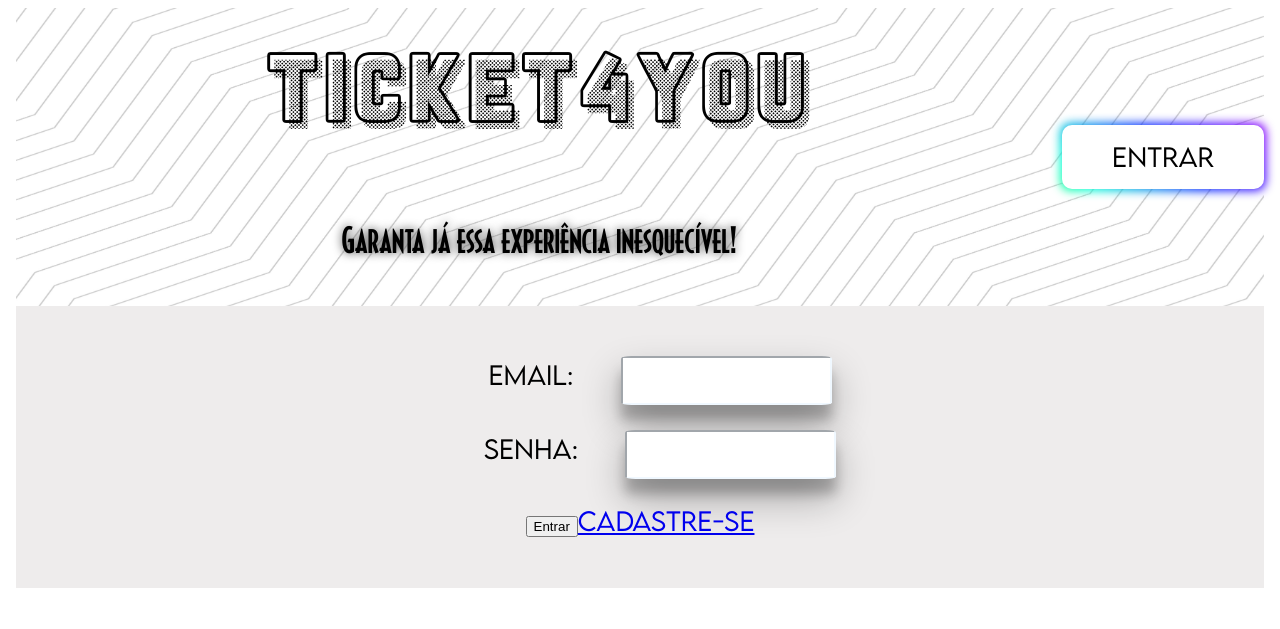
Repository: hellengurgaczz/projeto-DSA
Page: /login
The author's editor kept a copy of each file at every save. The page is drawn from the files as they stood at one save, then again after the next save.
The browser window is 1280 px wide. The pictures show the whole page.
The project was rebuilt for these pictures with package versions that can differ from the ones it lists, and the page was loaded fresh each time. Also part of the build but not shown: angular.json, src/app/ingressos/templates/cadastrar/cadastrar.component.ts, src/app/models/ingresso.model.ts, src/app/services/ingresso.service.ts, src/app/compra/comprar-ingresso/comprar-ingresso.component.ts, src/app/models/compra.model.ts, src/app/services/compra.service.ts, src/app/ingressos/templates/deletar/deletar.component.ts and 3 more.

Above is the page before, as saved 2022-05-10 12:36:07.

### src/index.html
<!doctype html>
<html lang="en">
<head>
  <meta charset="utf-8">
  <title>ProjetoDSA</title>
  <base href="/">
  <meta name="viewport" content="width=device-width, initial-scale=1">
  <link rel="icon" type="image/x-icon" href="favicon.ico">
</head>
<body>
  <app-root></app-root>
</body>
</html>

### src/app/app.module.ts
import { NgModule } from '@angular/core';
import { BrowserModule } from '@angular/platform-browser';
import { HttpClientModule } from '@angular/common/http';

import { AppRoutingModule } from './app-routing.module';
import { BrowserAnimationsModule } from '@angular/platform-browser/animations';
import { AppComponent } from './app.component';
import { HeaderComponent } from './ingressos/templates/header/header.component';
import { CadastrarComponent } from './ingressos/templates/cadastrar/cadastrar.component';
import { ListarComponent } from './ingressos/templates/listar/listar.component';
import { DeletarComponent } from './ingressos/templates/deletar/deletar.component';
import { EditarComponent } from './ingressos/templates/editar/editar.component';

// imports angular material

import { FormsModule } from '@angular/forms';
import { ComprarIngressoComponent } from './compra/comprar-ingresso/comprar-ingresso.component';
import { LoginComponent } from './login/login.component';
import { LoginCadastroComponent } from './login/login-cadastro/login-cadastro.component';


@NgModule({
  imports: [
    BrowserModule,
    AppRoutingModule,
    HttpClientModule,
    BrowserAnimationsModule,
    FormsModule
  ],
  declarations: [
    AppComponent,
    HeaderComponent,
    CadastrarComponent,
    ListarComponent,
    DeletarComponent,
    EditarComponent,
    ComprarIngressoComponent,
    LoginComponent,
    LoginCadastroComponent
  ],
  providers: [],
  bootstrap: [AppComponent]
})
export class AppModule { }

### src/app/app-routing.module.ts
import { NgModule } from '@angular/core';
import { RouterModule, Routes } from '@angular/router';
import { CadastrarComponent } from './ingressos/templates/cadastrar/cadastrar.component';
import { ComprarIngressoComponent } from './compra/comprar-ingresso/comprar-ingresso.component';
import { DeletarComponent } from './ingressos/templates/deletar/deletar.component';
import { EditarComponent } from './ingressos/templates/editar/editar.component';
import { ListarComponent } from './ingressos/templates/listar/listar.component';
import { LoginComponent } from './login/login.component';
import { LoginCadastroComponent } from './login/login-cadastro/login-cadastro.component';

const routes: Routes = [
  {path: "", component: ListarComponent},
  {path: "cadastrar", component: CadastrarComponent},
  {path: "listar", component: ListarComponent},
  {path: "editar/:id", component: EditarComponent},
  {path: "deletar/:id", component: DeletarComponent},
  {path: "comprar/:id", component: ComprarIngressoComponent},
  {path: "login", component: LoginComponent},
  {path: "login/cadastro", component: LoginCadastroComponent}
];

@NgModule({
  imports: [RouterModule.forRoot(routes)],
  exports: [RouterModule]
})

export class AppRoutingModule { }

### src/app/app.component.ts
import { Component } from '@angular/core';

@Component({
  selector: 'app-root',
  templateUrl: './app.component.html',
  styleUrls: ['./app.component.css']
})
export class AppComponent {
  title = 'projeto-DSA';
}

### src/app/login/login.component.ts
import { Component, OnInit } from '@angular/core';
import { ActivatedRoute, Router } from '@angular/router';
import { Login } from '../models/login.model';
import { LoginService } from '../services/login.service';

@Component({
  selector: 'app-login',
  templateUrl: './login.component.html',
  styleUrls: ['./login.component.css']
})
export class LoginComponent implements OnInit {

  login: Login = new Login();

  constructor(private service: LoginService, private router: Router, private route: ActivatedRoute) { }

  ngOnInit(): void {

  }

  verificarLogin() {
    this.service.buscarLogin(this.login).subscribe(() => {
      this.router.navigate(['/listar']);
    });
  }

}

### src/app/app.component.html
<body>
  <app-header></app-header>

  <main>

    <router-outlet></router-outlet>

  </main>
</body>

### src/app/app.component.css
body {
    background-color: rgba(146, 132, 132, 0.151);
}

### src/app/ingressos/templates/header/header.component.html

<div class="header">
    <div class="titulo">
        <h1 style="font-weight: lighter;">
            TICKET4YOU
        </h1>
        <h4 class="desc">
            Garanta já essa experiência inesquecível!
        </h4>
    </div>
    <div class="login">
        <a routerLink="./login">Entrar</a>
    </div>
</div>

### src/app/ingressos/templates/header/header.component.css
div.header {
    display: flex;
    flex-direction: row;
    background-image: url(../fonts/SL_042620_30310_10.jpg);
    background-size: cover;
}

.titulo {
    display: flex;
    width: 95%;
    align-items: center;
    justify-content: center;
    flex-direction: column;
    font-size: 25px;
    font-family:AMP;
}

.desc{
  font-family: DecoturaICG;
  text-shadow: 0 0 10px #424242;
  font-size: 35px;
  font-weight: lighter
}

.login {
    display: flex;
    justify-content: end;
    align-items: center;
}

a{
  padding: 0.6em 2em;
  border: none;
  text-decoration: none;
  font-family: LEMONMILK-Light;
  font-size: 25px;
  outline: none;
  color: rgb(0, 0, 0);
  background: rgb(255, 255, 255);
  cursor: pointer;
  position: relative;
  z-index: 0;
  border-radius: 10px;
  user-select: none;
  -webkit-user-select: none;
  touch-action: manipulation;
}

a::before{
  content: "";
  background: linear-gradient(
    45deg,
    #ff0000,
    #ff7300,
    #fffb00,
    #48ff00,
    #00ffd5,
    #002bff,
    #7a00ff,
    #ff00c8,
    #ff0000
  );
  position: absolute;
  top: -2px;
  left: -2px;
  background-size: 400%;
  z-index: -1;
  filter: blur(5px);
  -webkit-filter: blur(5px);
  width: calc(100% + 4px);
  height: calc(100% + 4px);
  animation: glowing-button-85 20s linear infinite;
  transition: opacity 0.3s ease-in-out;
  border-radius: 10px;
}

a::after{
  z-index: -1;
  content: "";
  position: absolute;
  width: 100%;
  height: 100%;
  background: rgb(255, 255, 255);
  left: 0;
  top: 0;
  border-radius: 10px;
}

@font-face{
  font-family: AMP;
  src:url(../fonts/AMP.ttf)
}

@font-face{
  font-family: LEMONMILK-Light;
  src: url(../fonts/LEMONMILK-Light.otf);
}

@font-face{
  font-family: DecoturaICG;
  src: url(../fonts/DecoturaICG.ttf);
}

@keyframes glowing-button-85 {
  0% {
    background-position: 0 0;
  }
  50% {
    background-position: 400% 0;
  }
  100% {
    background-position: 0 0;
  }
}

### src/app/login/login.component.html
<div class="all">
    <label class="email" for="email">Email: </label>
    <input type="text"  name="email" class="emailinput" [(ngModel)]="login.email">

    <p></p>

    <label class="senha" for="senha">Senha: </label>
    <input type="password"  name="email" class="senhainput" [(ngModel)]="login.senha">

    <div>
        <button (click)="verificarLogin()">Entrar</button>
        <a routerLink="login/cadastro">Cadastre-se</a>
    </div>
</div>

### src/app/login/login.component.css
.all{
  font-family: LEMONMILKLight;
  font-size: 25px;
  text-align: center;
  padding: 50px;
}

.email{
  margin: 40px;
}

.senha{
  margin: 40px;
}

.emailinput{
  padding: 15px;
  border-radius: 5%;
  box-shadow: rgba(0, 0, 0, 0.3) 0px 19px 38px, rgba(0, 0, 0, 0.22) 0px 15px 12px;
  border-color: aliceblue;
}

.senhainput{
  padding: 15px;
  border-radius: 5%;
  box-shadow: rgba(0, 0, 0, 0.3) 0px 19px 38px, rgba(0, 0, 0, 0.22) 0px 15px 12px;
  border-color: aliceblue;
  margin-bottom: 25px;
}

@font-face{
  font-family: LEMONMILKLight;
  src: url(fonts/LEMONMILK-Light.otf);
}

### src/app/models/login.model.ts
export class Login {
    id: number = 0;
    email?: string;
    senha?: string;
}

### src/app/services/login.service.ts
import { HttpClient } from '@angular/common/http';
import { Injectable } from '@angular/core';
import { Observable } from 'rxjs';
import { Login } from '../models/login.model';

@Injectable({
  providedIn: 'root'
})
export class LoginService {

  constructor(private http: HttpClient) { }

  URL = "http://localhost:3001/logins";


    buscarLogin(login : Login) : Observable<Login>{
      return this.http.get<Login>(this.URL + "/" + login.id);
    }

    cadastrarIngresso(login : Login) : Observable<any> {
      return this.http.post(this.URL, login);
    }
}

Loaded but not shown: src/styles.css (common file); src/main.ts (common file); src/environments/environment.ts (common file); src/app/ingressos/templates/header/header.component.ts (common file)

After the next save:
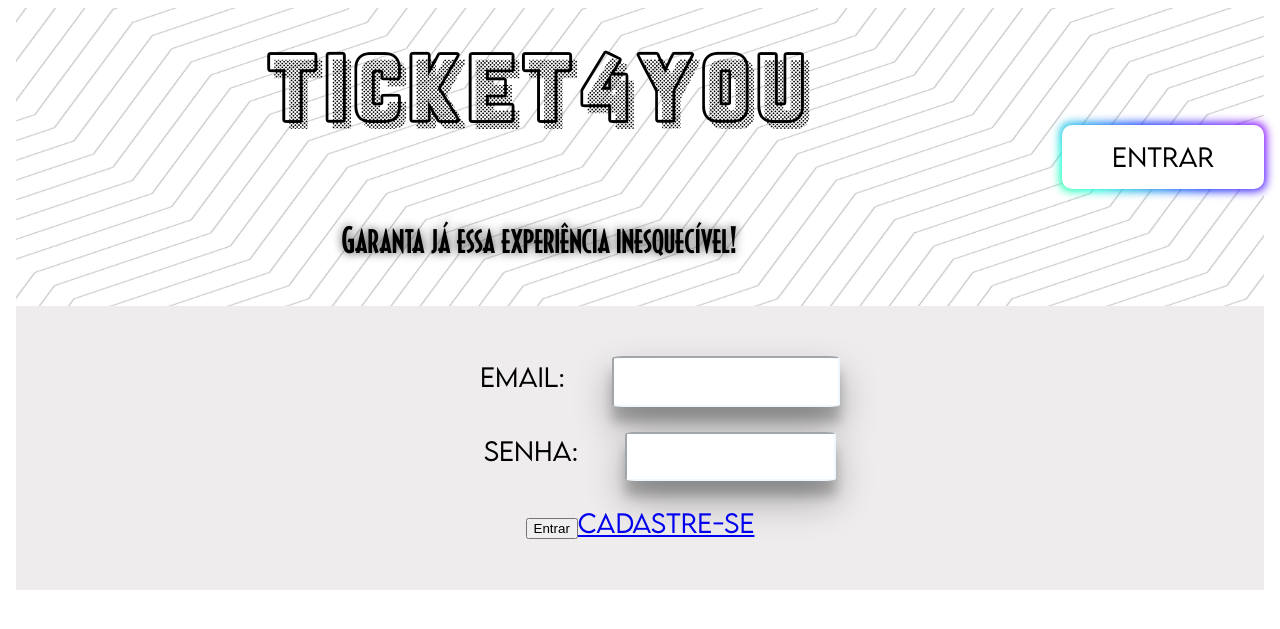
Saved 4 s later.
--- a/src/app/login/login.component.css
+++ b/src/app/login/login.component.css
@@ -18,6 +18,7 @@
   border-radius: 5%;
   box-shadow: rgba(0, 0, 0, 0.3) 0px 19px 38px, rgba(0, 0, 0, 0.22) 0px 15px 12px;
   border-color: aliceblue;
+  font-family: LEMONMILKLight;
 }
 
 .senhainput{
